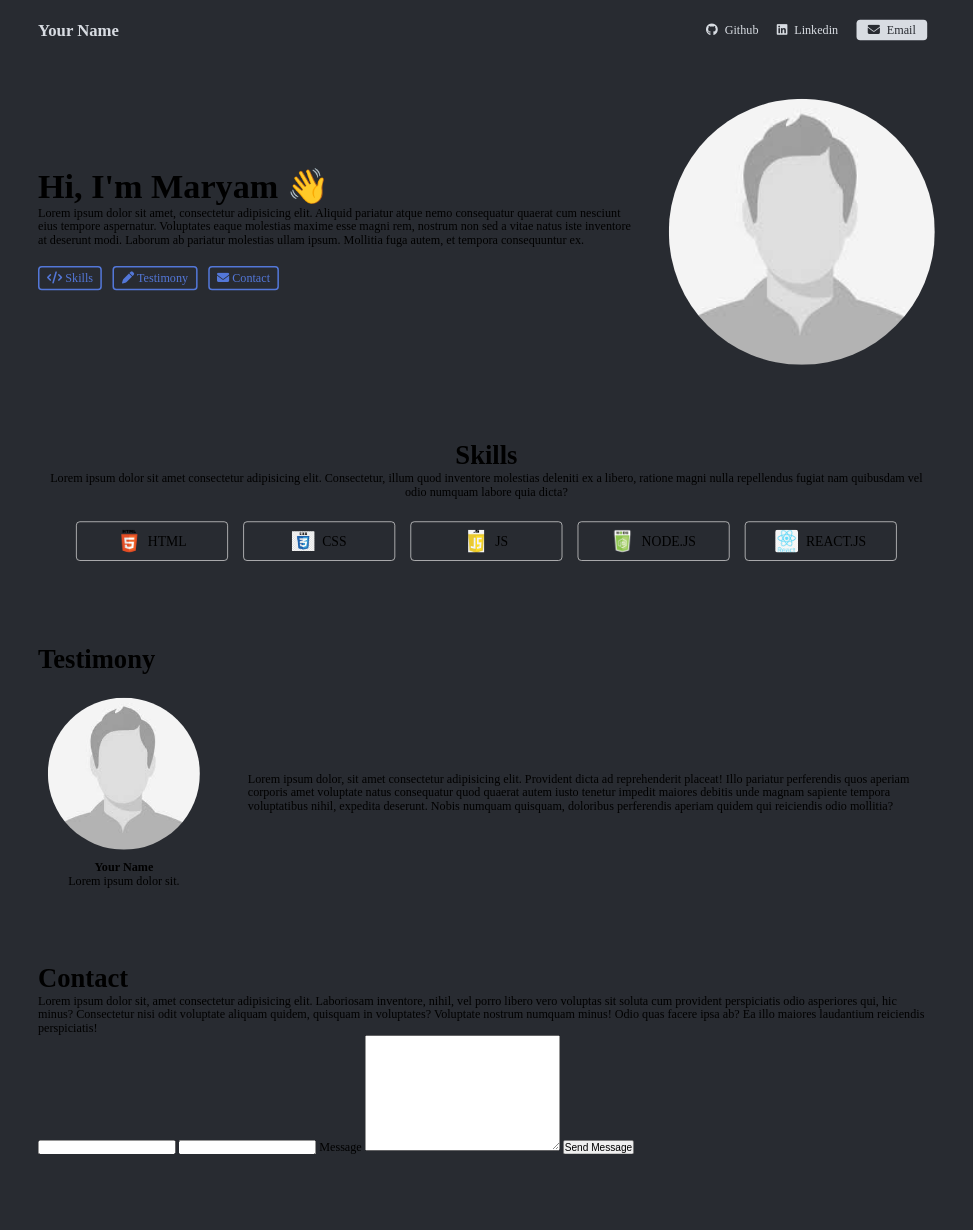
Repository: MaramMaryam/my-portfolio-test
Page: index.html
The author's editor kept a copy of each file at every save. The page is drawn from the files as they stood at one save, then again after a run of saves.
The browser window is 1280 px wide. The pictures show the whole page, at 76% of full size.
Some web libraries are served in a nearby version.

Above is the page before, as saved 2024-09-20 19:29:10.

After the next 6 saves:
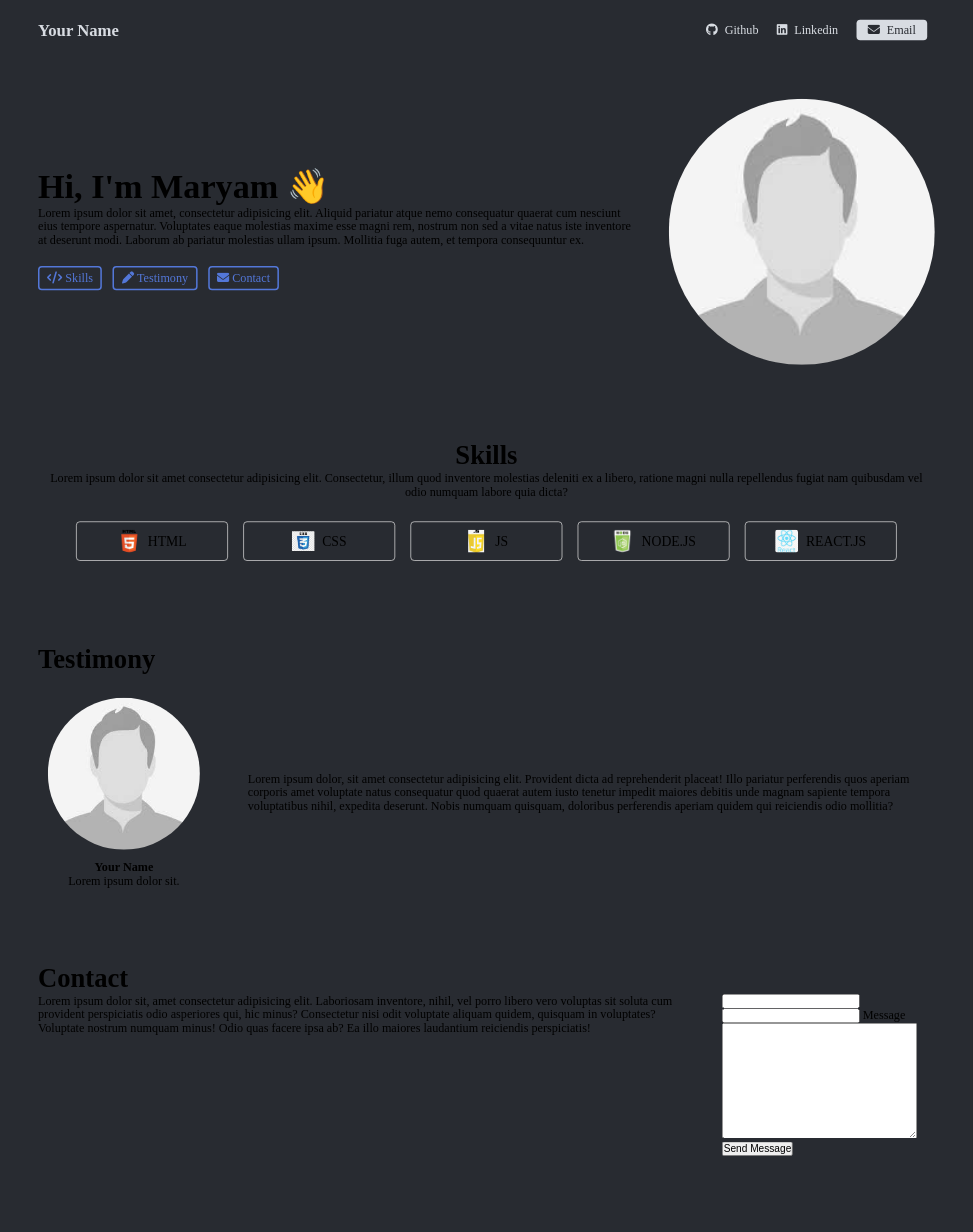
The 6 saves are shown as one change because they came seconds apart.
The last was saved 14 s later.
--- a/styles.css
+++ b/styles.css
@@ -173,7 +173,8 @@ nav .right a span {
     font-size: 35px;
   }
   .contact-section .group {
-    dif
+    display: flex;
+    gap: 50px;
   }
 
 
